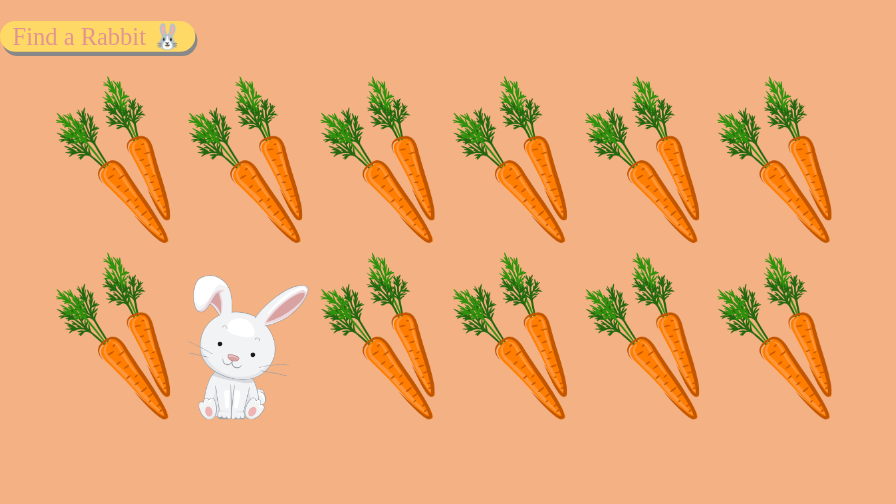
Repository: sephinejo/frontend-browser-101
Page: browser/practice-find-rabbit/index.html
An editor plug-in stored every save of this project. The page is shown before and after the next save, followed by the edit.
The browser window is 1280 px wide. The pictures show the part of the page from y = 0 to 1920 px (the page is 720 px tall before and 2990 px after), at 70% of full size.
Some web fonts or font styles are not loaded; a fallback is used.

Above is the page before, as saved 2023-05-10 21:29:46.

### browser/practice-find-rabbit/index.html
<!DOCTYPE html>
<html lang="en">
  <head>
    <meta charset="UTF-8" />
    <meta name="viewport" content="width=device-width, initial-scale=1.0" />
    <title>Find a Rabbit 🐰</title>
    <link rel="preconnect" href="https://fonts.googleapis.com" />
    <link rel="preconnect" href="https://fonts.gstatic.com" crossorigin />
    <link
      href="https://fonts.googleapis.com/css2?family=Alice&display=swap"
      rel="stylesheet"
    />
    <style>
      body {
        margin: 0;
        text-align: center;
        /* align-items: center; */
        background-color: #f4b183;
      }

      button {
        display: block;
        border-style: none;
        border-radius: 1.4rem;
        margin: 30px 0;
        padding: 1.5px 18px;
        background-color: #ffd966;
        color: #e49393;
        font-size: 35px;
        font-family: Alice;
        box-shadow: 3px 6px #888888;
      }

      button:hover {
        transform: scale(1.2);
      }

      img {
        margin: 5px;
        width: 175px;
      }
    </style>
  </head>
  <body>
    <button>Find a Rabbit 🐰</button>
    <img src="img/carrot.png" alt="carrot" />
    <img src="img/carrot.png" alt="carrot" />
    <img src="img/carrot.png" alt="carrot" />
    <img src="img/carrot.png" alt="carrot" />
    <img src="img/carrot.png" alt="carrot" />
    <img src="img/carrot.png" alt="carrot" />
    <img src="img/carrot.png" alt="carrot" />
    <img class="rabbit" src="img/rabbit.png" alt="rabbit" />
    <img src="img/carrot.png" alt="carrot" />
    <img src="img/carrot.png" alt="carrot" />
    <img src="img/carrot.png" alt="carrot" />
    <img src="img/carrot.png" alt="carrot" />

    <script>
      const btn = document.querySelector('button');
      const rabbit = document.querySelector('.rabbit');
      btn.addEventListener('click', (e) => {
        rabbit.scrollIntoView({
          behavior: 'smooth',
          block: 'center',
          inline: 'nearest',
        });
      });
    </script>
  </body>
</html>

After the next save:
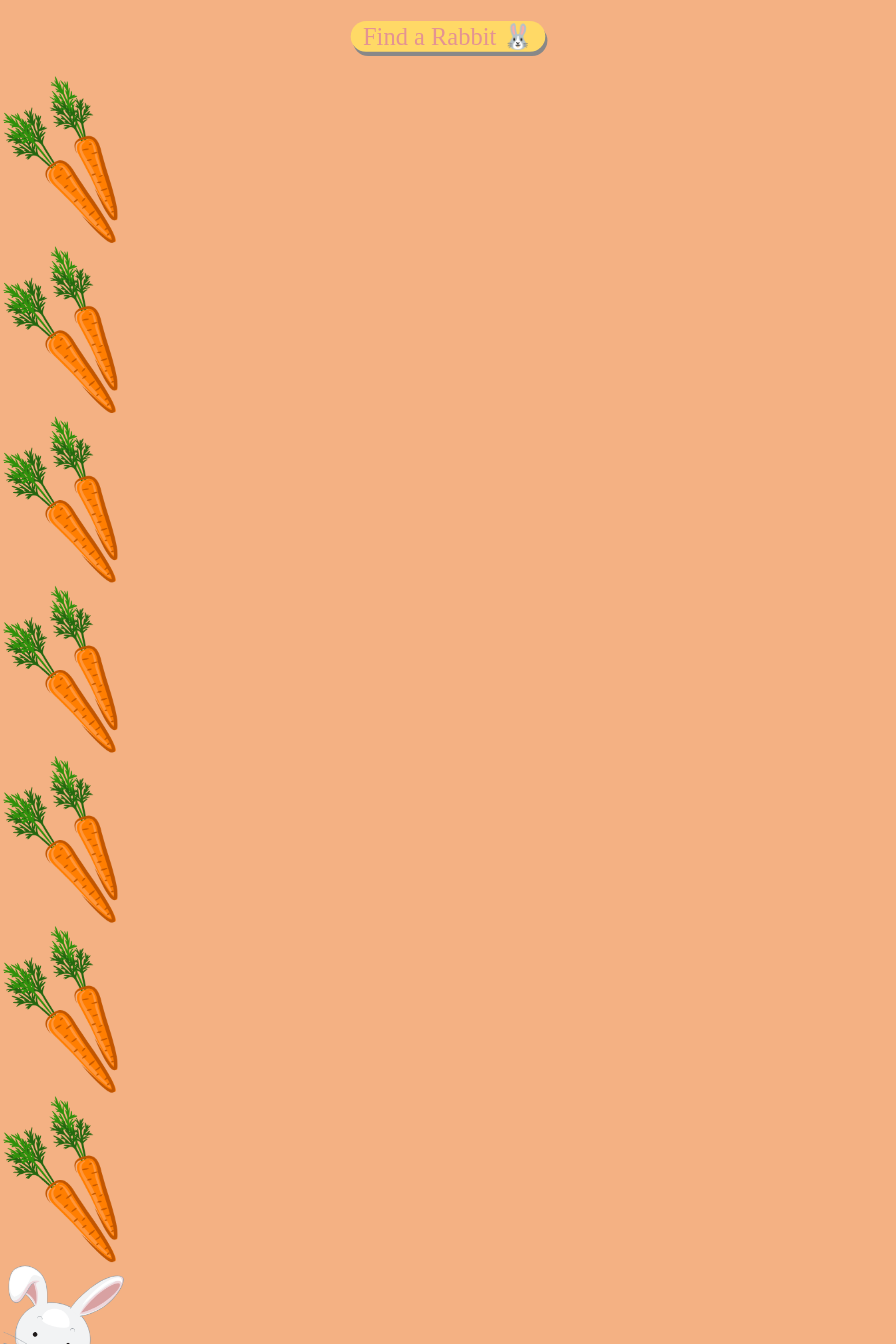
Saved 62 s later.
--- a/browser/practice-find-rabbit/index.html
+++ b/browser/practice-find-rabbit/index.html
@@ -14,12 +14,11 @@
       body {
         margin: 0;
         text-align: center;
-        /* align-items: center; */
+        align-items: center;
         background-color: #f4b183;
       }
 
       button {
-        display: block;
         border-style: none;
         border-radius: 1.4rem;
         margin: 30px 0;
@@ -36,6 +35,7 @@
       }
 
       img {
+        display: block;
         margin: 5px;
         width: 175px;
       }
